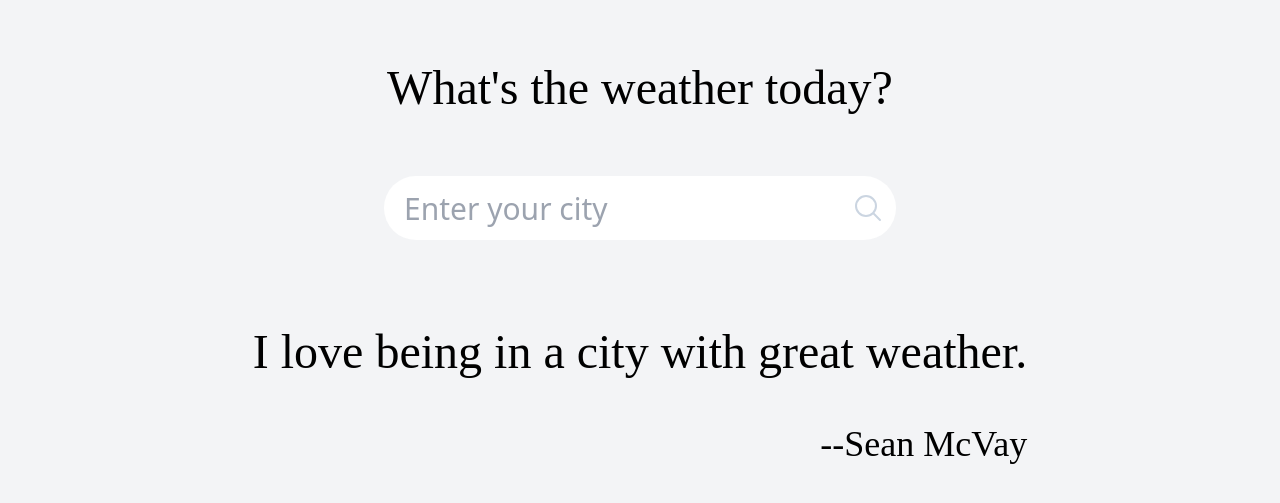
Repository: Tiaanz/Weather-App
Page: /
These files come from the project's save history. The page is drawn as it stood at one moment and after the next save; the edit follows.
The browser window is 1280 px wide. The pictures show the whole page.
The project was rebuilt for these pictures with package versions that can differ from the ones it lists, and the page was loaded fresh each time.

Above is the page before, as saved 2023-03-05 20:49:26.

### src/index.js
//引入React核心库
import React from 'react';
//引入ReactDom
import ReactDom from 'react-dom/client';
//引入APP组件
import App from './App';
import './index.css'








//v18版本
 const root = ReactDom.createRoot(document.getElementById('root'));//创建虚拟DOM的插入节点，即原生DOM的节点
 const element = <App/> //声明组件
 root.render(element); //渲染组件到页面， 虚拟DOM到原生DOM

### src/App.js
import React, { useState, useEffect } from 'react'
// import Weather from './components/Weather'
import Quote from './components/Quote'

const App = () => {
  const [searchPlace, setSearchPlace] = useState('')
  const [cityName, setCityName] = useState('')
  const [country, setCountry] = useState('')
  const [time, setTime] = useState('')
  const [temp, setTemp] = useState('')
  const [tempImg, setTempImg] = useState('')
  const [condition, setCondition] = useState('')
  const [feelsLike, setfeelsLike] = useState('')
  const [wind, setWind] = useState('')
  const [humidity, setHumidity] = useState('')
  const [uv, setUv] = useState('')
  const [showQuote, setShowQuote] = useState(true)

  const API_URL = 'https://weatherapi-com.p.rapidapi.com/current.json'

  // useEffect(() => {
  //   document.body.style.backgroundColor = 'grey'
  // }, [])

  const searchWeather = (city) => async (e) => {
    e.preventDefault()
    try {
      // e.preventDefault()
      const response = await fetch(`${API_URL}?q=${city}`, {
        method: 'GET',
        headers: {
          'X-RapidAPI-Key':
            '6cda750ddbmsh3e2d299b52be602p1f7255jsn589c028d6d61',
          'X-RapidAPI-Host': 'weatherapi-com.p.rapidapi.com',
        },
      })
      const weatherObj = await response.json()
      const {
        location: { name, country, localtime },
        current: {
          temp_c,
          wind_kph,
          humidity,
          feelslike_c,
          uv,
          condition: { text, icon },
        },
      } = weatherObj
      const imgSrc = `http:${icon}`

      setCityName(name)
      setCountry(country)
      setTime(localtime)
      setTemp(temp_c)
      setTempImg(imgSrc)
      setCondition(text)
      setfeelsLike(feelslike_c)
      setWind(wind_kph)
      setHumidity(humidity)
      setUv(uv)
      setShowQuote(false)
    } catch (error) {
      console.log('wrong~~')
    }
  }
  return (
    <div>
      <h1 className="text-4xl sm:text-5xl my-16 font-header text-center">
        What's the weather today?
      </h1>
      <main className="flex flex-col items-center">
        {/* search bar */}
        <div className="w-full ">
          <form
            className="w-full flex justify-center"
            onSubmit={searchWeather(searchPlace)}
          >
            <div className=" w-3/4 sm:w-3/5 md:w-2/4  lg:w-2/5 flex items-center relative">
              <input
                className=" h-16 px-5 pr-10 rounded-full w-full text-2xl sm:text-3xl focus:outline-none"
                placeholder="Enter your city"
                type="text"
                value={searchPlace}
                onChange={(e) => setSearchPlace(e.target.value)}
              />
              <button type="submit" className="absolute right-3">
                <svg
                  xmlns="http://www.w3.org/2000/svg"
                  fill="none"
                  viewBox="0 0 24 24"
                  strokeWidth={1.5}
                  stroke="currentColor"
                  className="w-8 h-8 text-slate-300"
                >
                  <path
                    strokeLinecap="round"
                    strokeLinejoin="round"
                    d="M21 21l-5.197-5.197m0 0A7.5 7.5 0 105.196 5.196a7.5 7.5 0 0010.607 10.607z"
                  />
                </svg>
              </button>
            </div>
          </form>
        </div>
        {/* weather display card */}
      {showQuote ? <Quote/>:<div className="my-10 px-10 w-3/4 sm:w-3/5 md:w-2/4 lg:w-2/5  border rounded-2xl min-w-fit">
          <h2 className="text-3xl sm:text-5xl my-6  ">
            {cityName}, {country}
          </h2>

          <div className="flex items-center">
            <span className="text-5xl">{temp}°C</span>
            <img className="mx-10" src={tempImg} alt="" />
            <p className="text-2xl sm:text-3xl">{condition}</p>
          </div>
          <p className="text-2xl sm:text-3xl">Feels like: {feelsLike}°C</p>
          <div className="text-2xl leading-9 mt-10">
            <div className="flex">
              <span className="mr-3">
                <svg
                  width="20px"
                  height="20px"
                  viewBox="0 0 24 24"
                  fill="none"
                  xmlns="http://www.w3.org/2000/svg"
                >
                  <path
                    d="M2 15H18.5C20.43 15 22 16.57 22 18.5C22 20.43 20.43 22 18.5 22C16.57 22 15 20.43 15 18.5V18"
                    stroke="#292D32"
                    strokeWidth="1.5"
                    strokeMiterlimit="10"
                    strokeLinecap="round"
                    strokeLinejoin="round"
                  />
                  <path
                    d="M2 12H18.5C20.42 12 22 10.43 22 8.5C22 6.58 20.42 5 18.5 5C16.58 5 15 6.57 15 8.5V9"
                    stroke="#292D32"
                    strokeWidth="1.5"
                    strokeMiterlimit="10"
                    strokeLinecap="round"
                    strokeLinejoin="round"
                  />
                  <path
                    d="M2 9H9.31C10.8 9 12 7.79 12 6.31C12 4.82 10.79 3.62 9.31 3.62C7.82 3.62 6.62 4.83 6.62 6.31V6.69"
                    stroke="#292D32"
                    strokeWidth="1.5"
                    strokeMiterlimit="10"
                    strokeLinecap="round"
                    strokeLinejoin="round"
                  />
                </svg>
              </span>
              <p>Wind: {wind}kph</p>
            </div>
            <div className="flex">
              <span className="mr-3">
                <svg
                  width="20px"
                  height="20px"
                  viewBox="0 0 24 24"
                  xmlns="http://www.w3.org/2000/svg"
                >
                  <path d="M12,6.36c2,2.58,4,5.87,4,7.64a4,4,0,0,1-8,0c0-1.77,2-5.06,4-7.64M12,3.2S6,10,6,14a6,6,0,0,0,12,0c0-4-6-10.8-6-10.8Z" />
                  <rect width="24" height="24" fill="none" />
                </svg>
              </span>
              <p>Humidity: {humidity}%</p>
            </div>
            <div className="flex">
              <span className="mr-3">
                <svg
                  width="20px"
                  height="20px"
                  viewBox="0 0 24 24"
                  fill="none"
                  xmlns="http://www.w3.org/2000/svg"
                >
                  <path
                    d="M12 17.75C10.8628 17.75 9.75106 17.4128 8.80547 16.781C7.85989 16.1491 7.1229 15.2511 6.6877 14.2004C6.25249 13.1498 6.13862 11.9936 6.36049 10.8782C6.58235 9.76284 7.12999 8.73829 7.93414 7.93414C8.73829 7.12999 9.76284 6.58235 10.8782 6.36049C11.9936 6.13862 13.1498 6.25249 14.2004 6.6877C15.2511 7.1229 16.1491 7.85989 16.781 8.80547C17.4128 9.75106 17.75 10.8628 17.75 12C17.7474 13.5242 17.1407 14.9852 16.0629 16.0629C14.9852 17.1407 13.5242 17.7474 12 17.75ZM12 7.75C11.1594 7.75 10.3377 7.99926 9.63883 8.46626C8.93992 8.93325 8.39519 9.59701 8.07351 10.3736C7.75184 11.1502 7.66768 12.0047 7.83167 12.8291C7.99565 13.6536 8.40043 14.4108 8.9948 15.0052C9.58917 15.5996 10.3464 16.0044 11.1709 16.1683C11.9953 16.3323 12.8498 16.2482 13.6264 15.9265C14.403 15.6048 15.0668 15.0601 15.5337 14.3612C16.0007 13.6623 16.25 12.8406 16.25 12C16.2474 10.8736 15.7987 9.79417 15.0023 8.99772C14.2058 8.20126 13.1264 7.75264 12 7.75Z"
                    fill="#000000"
                  />
                  <path
                    d="M12 5C11.8019 4.99741 11.6126 4.91756 11.4725 4.77747C11.3324 4.63737 11.2526 4.44811 11.25 4.25V2.75C11.25 2.55109 11.329 2.36032 11.4697 2.21967C11.6103 2.07902 11.8011 2 12 2C12.1989 2 12.3897 2.07902 12.5303 2.21967C12.671 2.36032 12.75 2.55109 12.75 2.75V4.25C12.7474 4.44811 12.6676 4.63737 12.5275 4.77747C12.3874 4.91756 12.1981 4.99741 12 5Z"
                    fill="#000000"
                  />
                  <path
                    d="M12 22C11.8019 21.9974 11.6126 21.9176 11.4725 21.7775C11.3324 21.6374 11.2526 21.4481 11.25 21.25V19.75C11.25 19.5511 11.329 19.3603 11.4697 19.2197C11.6103 19.079 11.8011 19 12 19C12.1989 19 12.3897 19.079 12.5303 19.2197C12.671 19.3603 12.75 19.5511 12.75 19.75V21.25C12.7474 21.4481 12.6676 21.6374 12.5275 21.7775C12.3874 21.9176 12.1981 21.9974 12 22Z"
                    fill="#000000"
                  />
                  <path
                    d="M21.25 12.75H19.75C19.5511 12.75 19.3603 12.671 19.2197 12.5303C19.079 12.3897 19 12.1989 19 12C19 11.8011 19.079 11.6103 19.2197 11.4697C19.3603 11.329 19.5511 11.25 19.75 11.25H21.25C21.4489 11.25 21.6397 11.329 21.7803 11.4697C21.921 11.6103 22 11.8011 22 12C22 12.1989 21.921 12.3897 21.7803 12.5303C21.6397 12.671 21.4489 12.75 21.25 12.75Z"
                    fill="#000000"
                  />
                  <path
                    d="M4.25 12.75H2.75C2.55109 12.75 2.36032 12.671 2.21967 12.5303C2.07902 12.3897 2 12.1989 2 12C2 11.8011 2.07902 11.6103 2.21967 11.4697C2.36032 11.329 2.55109 11.25 2.75 11.25H4.25C4.44891 11.25 4.63968 11.329 4.78033 11.4697C4.92098 11.6103 5 11.8011 5 12C5 12.1989 4.92098 12.3897 4.78033 12.5303C4.63968 12.671 4.44891 12.75 4.25 12.75Z"
                    fill="#000000"
                  />
                  <path
                    d="M6.50001 7.24995C6.30707 7.2352 6.12758 7.14545 6.00001 6.99995L4.91001 5.99995C4.83844 5.92838 4.78167 5.84341 4.74293 5.7499C4.7042 5.65639 4.68427 5.55617 4.68427 5.45495C4.68427 5.35373 4.7042 5.25351 4.74293 5.16C4.78167 5.06649 4.83844 4.98152 4.91001 4.90995C4.98158 4.83838 5.06655 4.78161 5.16006 4.74287C5.25357 4.70414 5.3538 4.6842 5.45501 4.6842C5.55623 4.6842 5.65645 4.70414 5.74996 4.74287C5.84347 4.78161 5.92844 4.83838 6.00001 4.90995L7.00001 5.99995C7.123 6.13746 7.19099 6.31547 7.19099 6.49995C7.19099 6.68443 7.123 6.86244 7.00001 6.99995C6.87244 7.14545 6.69295 7.2352 6.50001 7.24995Z"
                    fill="#000000"
                  />
                  <path
                    d="M18.56 19.31C18.4615 19.3104 18.3638 19.2912 18.2728 19.2534C18.1818 19.2157 18.0993 19.1601 18.03 19.09L17 18C16.9332 17.86 16.9114 17.7028 16.9376 17.5499C16.9638 17.3971 17.0368 17.2561 17.1465 17.1464C17.2561 17.0368 17.3971 16.9638 17.55 16.9376C17.7028 16.9113 17.8601 16.9331 18 17L19.09 18C19.2305 18.1406 19.3094 18.3312 19.3094 18.53C19.3094 18.7287 19.2305 18.9194 19.09 19.06C19.0233 19.1355 18.9419 19.1967 18.8508 19.2397C18.7597 19.2827 18.6607 19.3066 18.56 19.31Z"
                    fill="#000000"
                  />
                  <path
                    d="M17.5 7.24995C17.3071 7.2352 17.1276 7.14545 17 6.99995C16.877 6.86244 16.809 6.68443 16.809 6.49995C16.809 6.31547 16.877 6.13746 17 5.99995L18 4.90995C18.1445 4.76541 18.3406 4.6842 18.545 4.6842C18.7494 4.6842 18.9455 4.76541 19.09 4.90995C19.2345 5.05449 19.3158 5.25054 19.3158 5.45495C19.3158 5.65936 19.2345 5.85541 19.09 5.99995L18 6.99995C17.8724 7.14545 17.6929 7.2352 17.5 7.24995Z"
                    fill="#000000"
                  />
                  <path
                    d="M5.44001 19.31C5.34147 19.3104 5.24383 19.2912 5.15282 19.2534C5.06181 19.2157 4.97926 19.1601 4.91001 19.09C4.76956 18.9494 4.69067 18.7587 4.69067 18.56C4.69067 18.3612 4.76956 18.1706 4.91001 18.03L6.00001 17C6.13997 16.9331 6.2972 16.9113 6.45006 16.9376C6.60293 16.9638 6.7439 17.0368 6.85357 17.1464C6.96324 17.2561 7.03621 17.3971 7.06244 17.5499C7.08866 17.7028 7.06685 17.86 7.00001 18L6.00001 19.09C5.92728 19.1638 5.83985 19.2216 5.74338 19.2595C5.64691 19.2974 5.54356 19.3146 5.44001 19.31Z"
                    fill="#000000"
                  />
                </svg>
              </span>
              <p>UV: {uv}</p>
            </div>
          </div>
          <span className="flex justify-end">Local time: {time}</span>
        </div>}

      </main>
    </div>
  )
}

export default App

### src/index.css
@tailwind base;
@tailwind components;
@tailwind utilities;

@import url('https://fonts.googleapis.com/css2?family=Lobster&display=swap');
@import url('https://fonts.googleapis.com/css2?family=Kalam:wght@300&display=swap');

body {
  background-color: #f3f4f6;
}

* {
  margin: 0;
  padding: 0;
}

### src/components/Quote.jsx
import React from 'react'
import quotes from '../data/quotes.json'



const randomIndex=getRandomIndex(quotes.quotes)
const quote=quotes.quotes[randomIndex].quote
const author=quotes.quotes[randomIndex].author


function getRandomIndex(arr) {
  const index=Math.floor(Math.random()*arr.length)
  return index
}

const Quote = () => {



  return (
    <div className="my-10 px-10 w-3/4 sm:w-3/5 md:w-2/4 lg:w-2/5 min-w-fit font-quote">
    <p className="text-5xl my-12 text-center">{quote}</p>
    <p className="text-4xl text-right">--{author}</p>
    </div>
  )
}

export default Quote

### src/data/quotes.json
{
  "quotes": [
    {
      "author": "Sean McVay",
      "quote": "I love being in a city with great weather."
    },
    {
      "author": "Frank Lane",
      "quote": "If you want to see the sunshine, you have to weather the storm."
    },
    {
      "author": "Ravyn Lenae",
      "quote": "I'm not a fan of cold weather."
    },
    {
      "author": "Charles Dudley Warner",
      "quote": "Everybody talks about the weather, but nobody does anything about it."
    }
  ]
}

### tailwind.config.js
/** @type {import('tailwindcss').Config} */
module.exports = {
  content: ['./src/**/*.{js,jsx,ts,tsx}'],
  theme: {
    fontFamily: {
      header: ['Lobster'],
      quote: ['Kalam'],
    },
    extend: {},
  },
  plugins: [],
}

Loaded but not shown: public/index.html (common file)

After the next save:
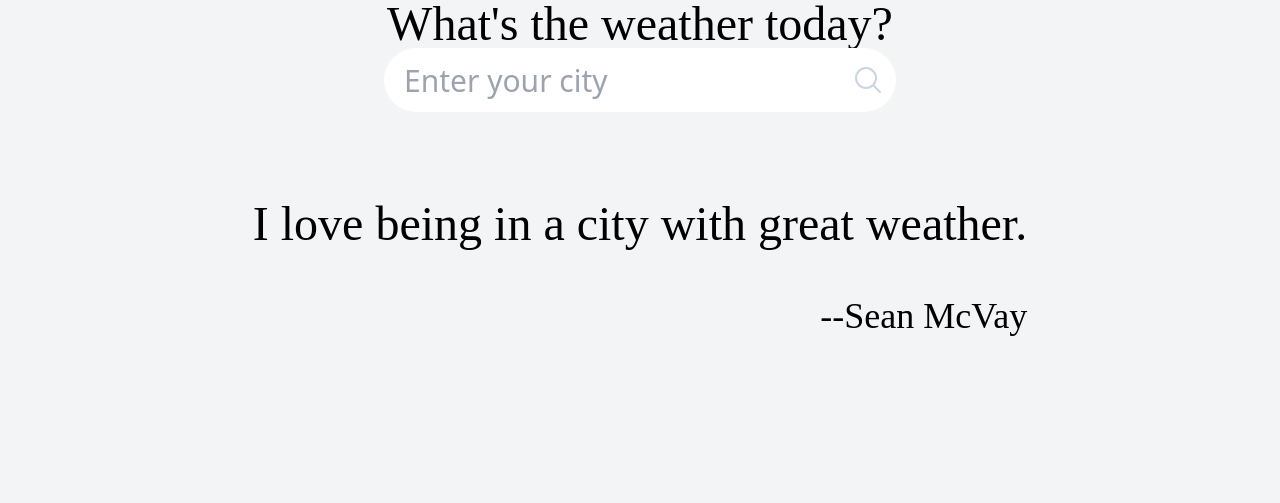
Saved 5 s later.
--- a/src/App.js
+++ b/src/App.js
@@ -65,7 +65,7 @@
   }
   return (
     <div>
-      <h1 className="text-4xl sm:text-5xl my-16 font-header text-center">
+      <h1 className="text-4xl sm:text-5xl my-18 font-header text-center">
         What's the weather today?
       </h1>
       <main className="flex flex-col items-center">

After the save that followed:
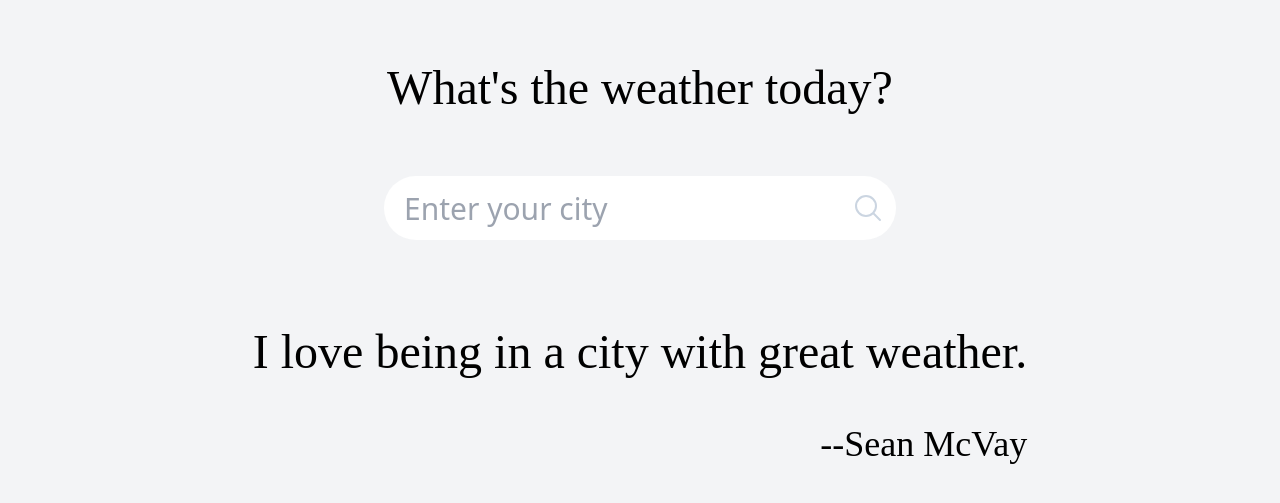
Saved 4 s later.
--- a/src/App.js
+++ b/src/App.js
@@ -65,7 +65,7 @@
   }
   return (
     <div>
-      <h1 className="text-4xl sm:text-5xl my-18 font-header text-center">
+      <h1 className="text-4xl sm:text-5xl my-16 font-header text-center">
         What's the weather today?
       </h1>
       <main className="flex flex-col items-center">
